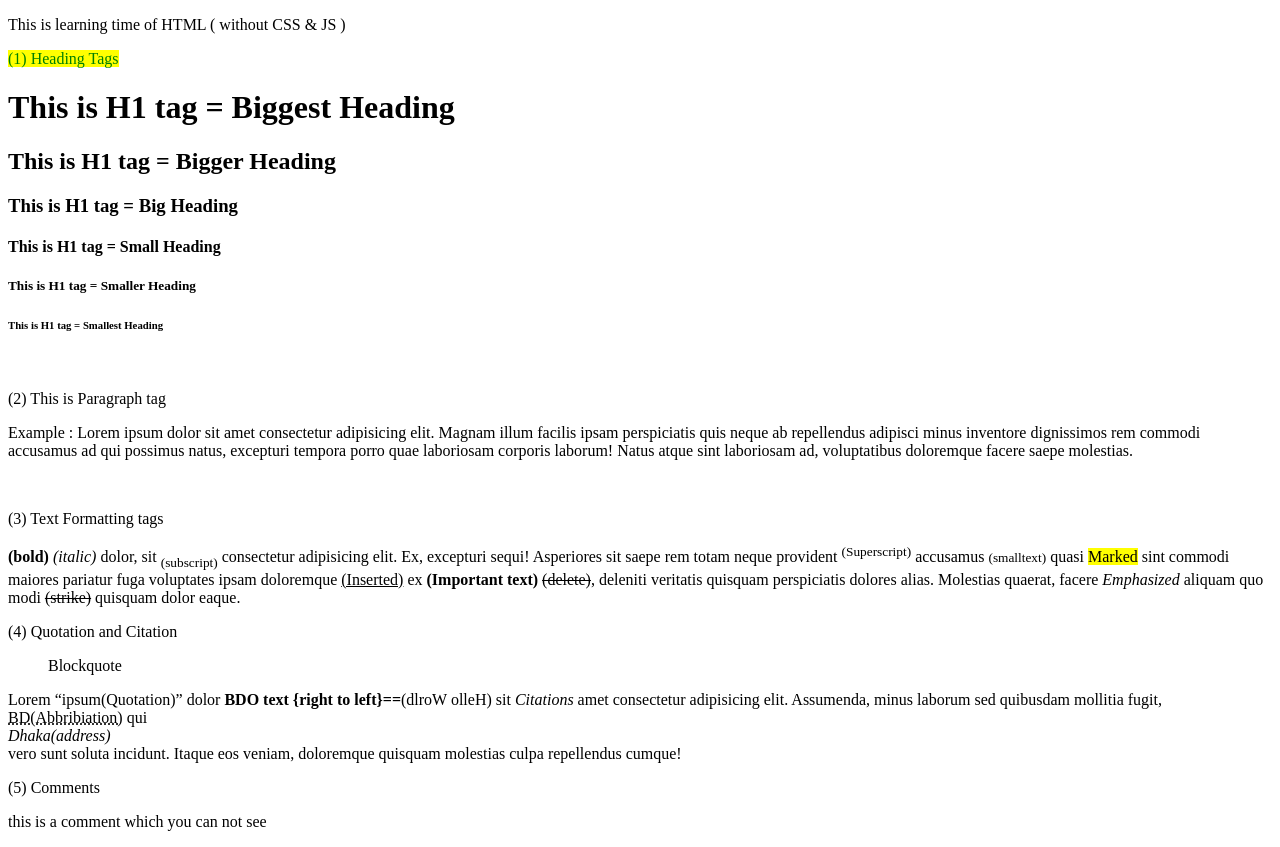
Repository: diptods/Frontend-in-60-DAYS
Page: Day01/learning/learn.html
The author's editor kept a copy of each file at every save. The page is drawn from the files as they stood at one save, then again after the next save.
The browser window is 1280 px wide. The pictures show the whole page.

Above is the page before, as saved 2026-05-28 12:07:37.

### Day01/learning/learn.html
<!DOCTYPE html>
<html lang="en">

<head>
    <meta charset="UTF-8">
    <meta name="viewport" content="width=device-width, initial-scale=1.0">
    <title>Day 01 Of Frontend Learning</title>
</head>

<body>
    <p>This is learning time of HTML ( without CSS & JS )</p>
    <p><mark style="color:green">(1) Heading Tags</mark></p>
    <h1>This is H1 tag = Biggest Heading</h1>
    <h2>This is H1 tag = Bigger Heading</h2>
    <h3>This is H1 tag = Big Heading</h3>
    <h4>This is H1 tag = Small Heading</h4>
    <h5>This is H1 tag = Smaller Heading</h5>
    <h6>This is H1 tag = Smallest Heading</h6>
    <br>
    <p>(2) This is Paragraph tag</p>
    <p>Example : Lorem ipsum dolor sit amet consectetur adipisicing elit. Magnam illum facilis ipsam perspiciatis quis
        neque ab repellendus adipisci minus inventore dignissimos rem commodi accusamus ad qui possimus natus, excepturi
        tempora porro quae laboriosam corporis laborum! Natus atque sint laboriosam ad, voluptatibus doloremque facere
        saepe molestias.</p>
    <br>
    <p>(3) Text Formatting tags</p>
    <p><b>(bold)</b> <i>(italic)</i> dolor, sit <sub>(subscript)</sub> consectetur adipisicing elit. Ex, excepturi
        sequi! Asperiores sit saepe rem totam
        neque provident <sup>(Superscript)</sup> accusamus <small>(smalltext)</small> quasi <mark>Marked</mark> sint
        commodi maiores pariatur fuga voluptates ipsam doloremque
        <ins>(Inserted)</ins> ex <strong>(Important text)</strong> <del>(delete)</del>, deleniti veritatis quisquam
        perspiciatis dolores alias. Molestias quaerat, facere
        <em>Emphasized</em> aliquam quo modi <strike>(strike)</strike> quisquam dolor eaque.
    </p>
    <p>(4) Quotation and Citation</p>
    <p><blockquote>Blockquote</blockquote> Lorem <q>ipsum(Quotation)</q> dolor <b>BDO text {right to left}==</b><bdo dir="rtl">(Hello World)</bdo> sit <cite>Citations</cite> amet consectetur adipisicing elit. Assumenda, minus laborum sed quibusdam mollitia fugit,
        <abbr title="Bangladesh">BD(Abbribiation)</abbr> qui <address>Dhaka(address)</address>vero sunt soluta incidunt. Itaque eos veniam, doloremque quisquam molestias culpa repellendus cumque!
    </p>
    <p>(5) Comments</p>
    <!-- Write your comments here -->
     <p><!-- Write your comments here --> this is a comment which you can not see</p>
</body>

</html>

After the next save:
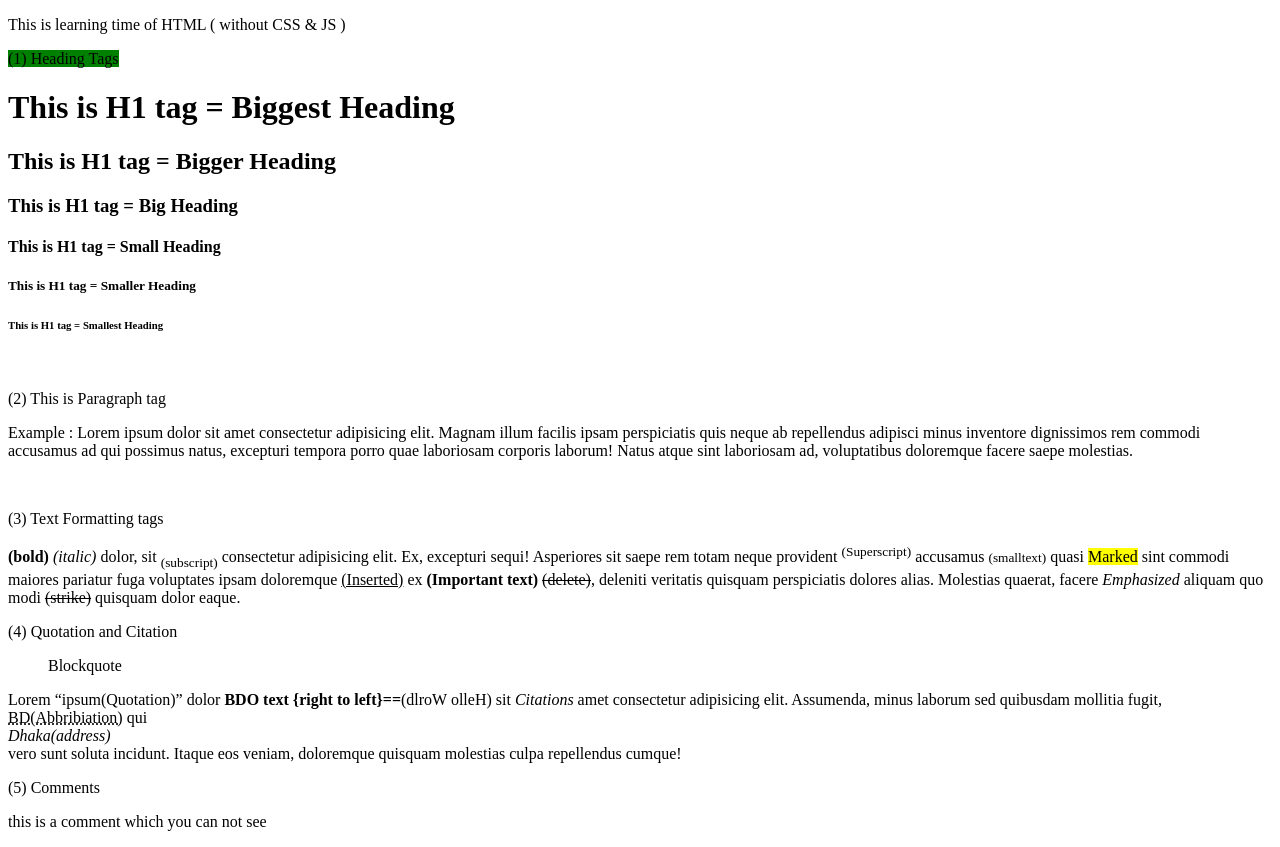
Saved 46 s later.
--- a/Day01/learning/learn.html
+++ b/Day01/learning/learn.html
@@ -9,7 +9,7 @@
 
 <body>
     <p>This is learning time of HTML ( without CSS & JS )</p>
-    <p><mark style="color:green">(1) Heading Tags</mark></p>
+    <p><mark style="background-color:green">(1) Heading Tags</mark></p>
     <h1>This is H1 tag = Biggest Heading</h1>
     <h2>This is H1 tag = Bigger Heading</h2>
     <h3>This is H1 tag = Big Heading</h3>
